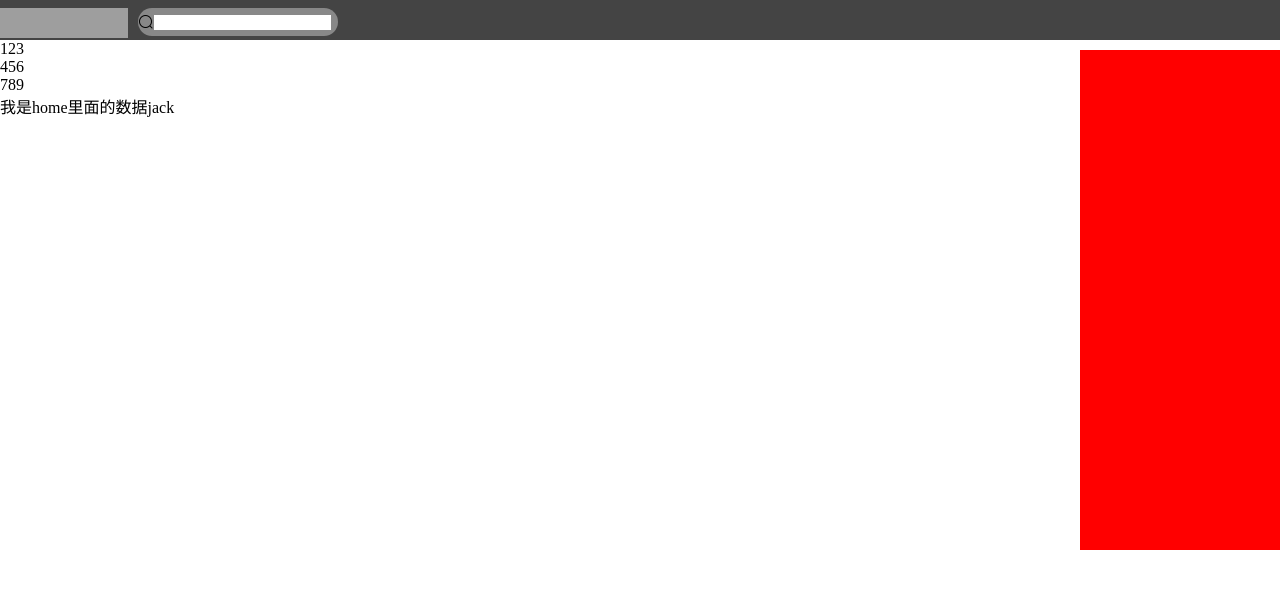
Repository: jinggegeZ/cnode
Page: /
An editor plug-in stored every save of this project. The page is shown before and after the next save, followed by the edit.
The browser window is 1280 px wide. The pictures show the whole page.
Pictures or frames that could not be fetched are drawn as grey boxes. The project was rebuilt for these pictures with package versions that can differ from the ones it lists, and the page was loaded fresh each time.

Above is the page before, as saved 2020-06-05 12:08:17.

After the next save:
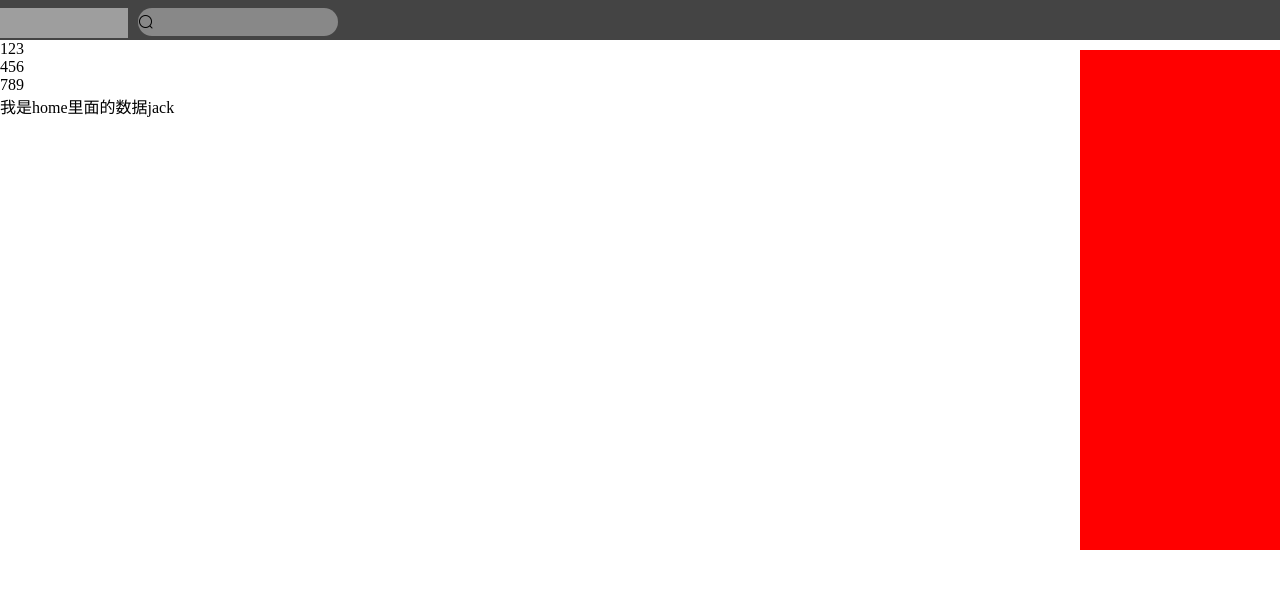
Saved 76 s later.
--- a/src/components/top/top.vue
+++ b/src/components/top/top.vue
@@ -64,6 +64,9 @@ export default {
 }
 .item {
     border: none;
-    background: ;
+    background: transparent;
+}
+.ipt:hover {
+    background: white;
 }
 </style>
